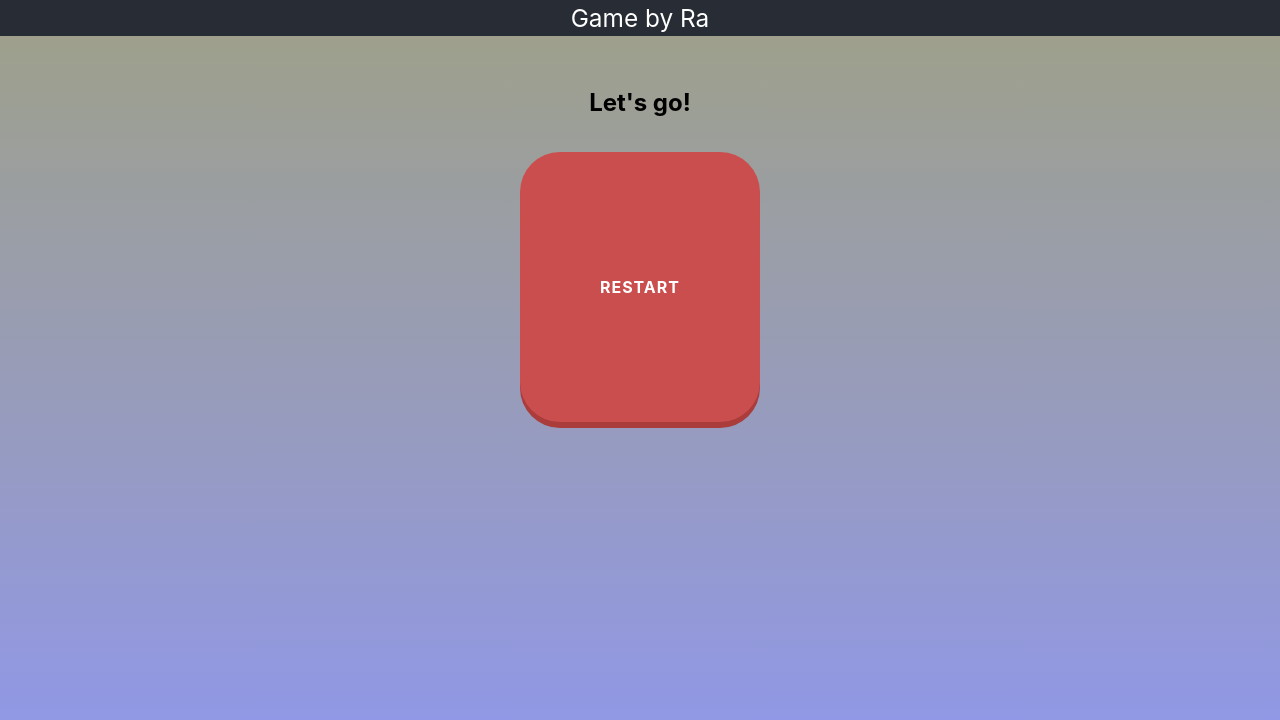
Repository: Sergioramasano/ramos-game
Page: /
An editor plug-in stored every save of this project. The page is shown before and after the next save, followed by the edit.
The browser window is 1280 px wide. The pictures show the whole page.
The project was rebuilt for these pictures with package versions that can differ from the ones it lists, and the page was loaded fresh each time. Also part of the build but not shown: src/components/Cards.js.

Above is the page before, as saved 2021-02-11 19:35:13.

After the next save:
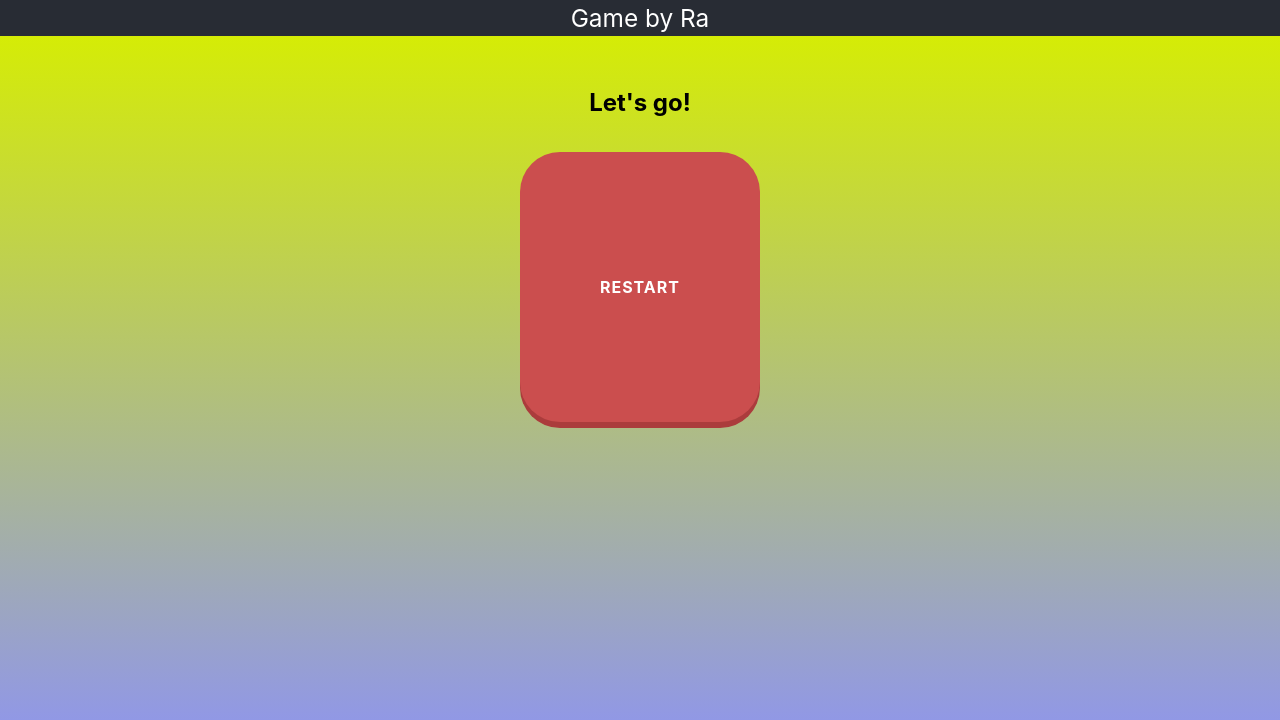
Saved 10 s later.
--- a/src/components/GameBox/Gamebox.module.css
+++ b/src/components/GameBox/Gamebox.module.css
@@ -1,6 +1,6 @@
 .gamebox {
   height: 95vh;
-  background: linear-gradient(#9ea08c, #9198e5);
+  background: linear-gradient(#d5ec06, #9198e5);
   padding: 2rem;
   box-sizing: border-box;
 }
